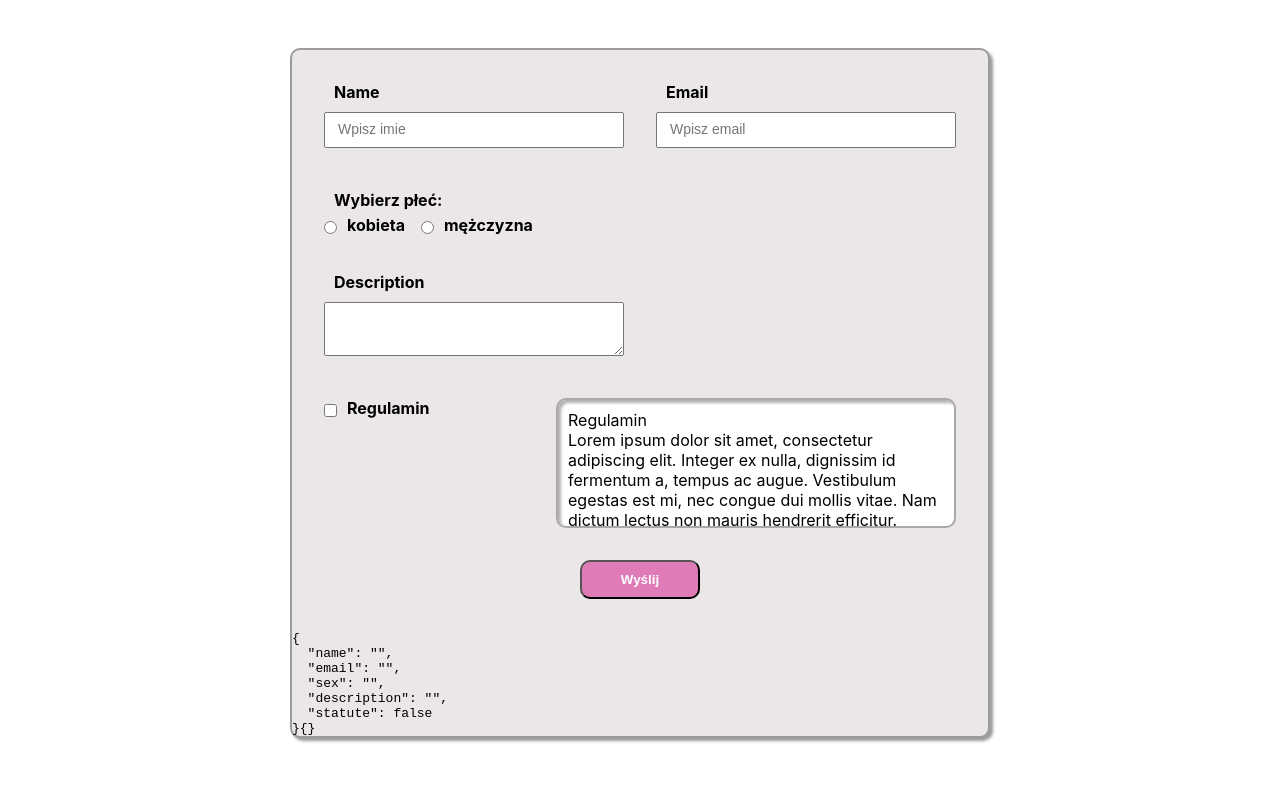
Repository: KrzysKolo/sr_tydzien4_zad3
Page: /
An editor plug-in stored every save of this project. The page is shown before and after the next save, followed by the edit.
The browser window is 1280 px wide. The pictures show the whole page.
The project was rebuilt for these pictures with package versions that can differ from the ones it lists, and the page was loaded fresh each time. Also part of the build but not shown: src/components/FormComponents/TextError.js.

Above is the page before, as saved 2020-11-19 14:10:45.

### src/App.js
import React from 'react';
import './App.css';
import FormikContainer from './components/Formik/FormikContainer';
const App = () => {
  return (
    <main className="App">
      <FormikContainer />
    </main>
   );
}

export default App;

### src/App.css
* {
  margin: 0;
  padding: 0;
  box-sizing: border-box;
}
.form-wrapper {
  margin: 3rem auto;
  width: 700px;
  background-color: rgb(235, 231, 232);
  border: 2px solid rgb(155, 155, 155);
  border-radius: 10px;
  box-shadow: 3px 3px 3px rgb(155, 155, 155);
}
.section {
  display: flex;
  flex-direction: row;
  margin: 2rem 2rem;
  justify-content: space-between;
}
label {
  font-weight: bold;
  display: flex;
  margin-bottom: 5px;
  margin-left: 10px;
}
input[type="text"],
input[type="email"],
textarea {
  display: block;
  width: 300px;
  padding: 6px 12px;
  font-size: 14px;
  line-height: 1.4285;
  color: #555;
  margin: 10px 0;
}

.error {
  color: red;
}
.row {
  display: flex;
  flex-direction: row;
  align-items: center;
  margin-right: 1rem;
}
.statute {
  border: 2px solid rgb(170, 169, 169);
  border-radius: 10px;
  box-shadow: inset 3px 3px 3px rgb(181, 177, 178);
  background: #ffffff;
  height: 130px;
  width: 400px;
  padding: 10px;
  overflow: auto;
}
.btn-send {
  background-color: rgba(211, 19, 137, 0.5);
  border-radius: 10px;
  color: white;
  cursor: pointer;
  font-weight: bold;
  margin: 0 auto;
  padding: 10px;
  width: 120px;
  transition: all 0.5s ease-in-out;
}
.btn-send:hover {
  background-color: rgba(211, 19, 137, 1);
}

### src/components/Formik/FormikContainer.js
import React from 'react';
import { Formik, Form } from 'formik';
import * as yup from 'yup';
import FormikControl from './FormikControl';
import RadioOptions from './../../data/RadioOptions';

const FormikContainer = () => {
    const initialValues = {
        name: '',
        email: '',
        sex: '',
        description: '',
        statute: false,
    }

    const validationSchema = yup.object({
        name: yup.string().required("Imię jest obowiązkowe!").min(2,"Twóje imię musi mieć więcej niż 2 znaki!").max(30,'Twoje imię może mieć maxymalnie 30 znaków!'),
        email: yup.string().required("Email jest wymagany").email("Adres zawiera błędy"),
        sex: yup.string().required('Zaznacz jedną wartość'),
        description: yup.string().required('Wpisz kilka słów').min(2, "Wpisz co najmniej 2 znaki").max(250, "Możesz wpisać max. 250 znaków"),
        statute: yup.boolean().required().oneOf([true], 'Musisz zaznaczyć regulamin!'),
    });

    const onSubmit = values => {console.log('Form data: ', values)};
    return (
        <Formik
            initialValues={initialValues}
            validationSchema={validationSchema}
            onSubmit={onSubmit}
        >
            { ({formik, values, errors}) => (
                <Form className="form-wrapper">
                    <section className="section">
                        <FormikControl control='input' type='text' label='Name' name='name' placeholder="Wpisz imie"/>
                        <FormikControl control='input' type='email' label='Email' name='email' placeholder="Wpisz email"/>
                    </section>
                    <section className="section">
                        <FormikControl control='radio' label='Wybierz płeć: ' name='sex' options={RadioOptions}/>
                    </section>
                    <section className="section">
                        <FormikControl control='textarea' label='Description' name='description'/>
                    </section>
                    <section className="section">
                        <FormikControl control='checkbox' label='Regulamin' name='statute'/>
                        <div className="statute">
                            Regulamin<br/>
                            <p>Lorem ipsum dolor sit amet, consectetur adipiscing elit. Integer ex nulla, dignissim id fermentum a, tempus ac augue. Vestibulum egestas est mi, nec congue dui mollis vitae. Nam dictum lectus non mauris hendrerit efficitur. Donec imperdiet nec nibh et interdum. Fusce ornare consequat sapien. Pellentesque rhoncus tempor vulputate. Aliquam eu diam laoreet, tincidunt nulla ut, dignissim turpis. Aliquam est ante, luctus sed felis et, iaculis sollicitudin tellus. Cras congue tincidunt viverra. Sed vestibulum faucibus lacus, eu dictum lorem porta id. Praesent a placerat ligula. Vestibulum faucibus ornare erat, id elementum est vehicula eu. Nunc pulvinar dolor lacus. Vestibulum dapibus efficitur orci, ac rhoncus augue auctor ut.</p>
                        </div>
                    </section>
                    <section className="section">
                         <button className="btn-send" type="submit">Wyślij</button>
                    </section>
                    <pre>
                        {JSON.stringify(values, null, 2)}
                        {JSON.stringify(errors, null, 2)}

                    </pre>

                </Form>
            )

            }

        </Formik>
    )
}
export default FormikContainer;

### src/components/Formik/FormikControl.js
import Input from './../FormComponents/Input';
import Radio from './../FormComponents/Radio';
import TextArea from './../FormComponents/TextArea';
import Checkbox from './../FormComponents/Checkbox';

const FormikControl = (props) => {
    const { control, ...rest } = props;
    switch(control) {
        case 'input': return <Input {...rest} />
        case 'radio': return <Radio {...rest} />
        case 'textarea': return <TextArea {...rest} />
        case 'checkbox': return <Checkbox {...rest} />
        default: return null
    }
}

export default FormikControl;

### src/data/RadioOptions.js
const RadioOptions=[
    { id: 0, value: "kobieta", label: 'kobieta' },
    { id: 1, value: "mężczyzna", label: 'mężczyzna' },
   ];
export default RadioOptions;

### src/components/FormComponents/Input.js
import React from 'react';
import{ Field, ErrorMessage } from 'formik';
import TextError from './TextError';

const Input = (props) => {
    const { label, name, ...rest } = props;
    return (
        <div className="form-control">
             <label htmlFor={name}>{label}</label>
            <Field id={name} name={name} {...rest} />
            <ErrorMessage name={name} component={TextError} />
        </div>
     );
}

export default Input;

### src/components/FormComponents/Radio.js
import React from 'react';
import{ Field, ErrorMessage } from 'formik';
import TextError from './TextError';

const Radio = (props) => {
    const { label, name, options, ...rest } = props;
    return (
        <div className="form-control">
            <label htmlFor={name}>{label}</label>
            <div className="row">
                <Field name={name} {...rest}>
                    {
                    ({ field }) => {
                        return options.map(option => {
                            return (
                                <div className="row" key={option.id} >
                                    <input type='radio' id={option.id} {...field} value={option.value} checked={field.value === option.value}/>
                                    <label htmlFor={option.id}>{option.label}</label>
                                </div>
                            )
                        })
                    }
                    }
                </Field>
            </div>
            <ErrorMessage name={name} component={TextError} />
        </div>
     );
}

export default Radio;

### src/components/FormComponents/TextArea.js
import React from 'react';
import{ Field, ErrorMessage } from 'formik';
import TextError from './TextError';

const TextArea = (props) => {
    const { label, name, ...rest } = props;
    return (
        <div className="form-control">
            <label htmlFor={name}>{label}</label>
            <Field as ='textarea' id={name} name={name} {...rest} />
            <ErrorMessage name={name} component={TextError} />
        </div>
     );
}

export default TextArea;

### src/components/FormComponents/Checkbox.js
import React from 'react';
import{ Field, ErrorMessage } from 'formik';
import TextError from './TextError';

const Checkbox = (props) => {
    const { label, name, ...rest } = props;
    return (
        <div className="form-control">
            <div className="row">
                <Field type='checkbox' id={name} name="statute" {...rest}/>
                <label htmlFor={name}>{label}</label>
            </div>
            <ErrorMessage name={name} component={TextError} />
        </div>
     );
}

export default Checkbox;

Loaded but not shown: public/index.html (common file); src/index.js (common file); src/index.css (common file)

After the next save:
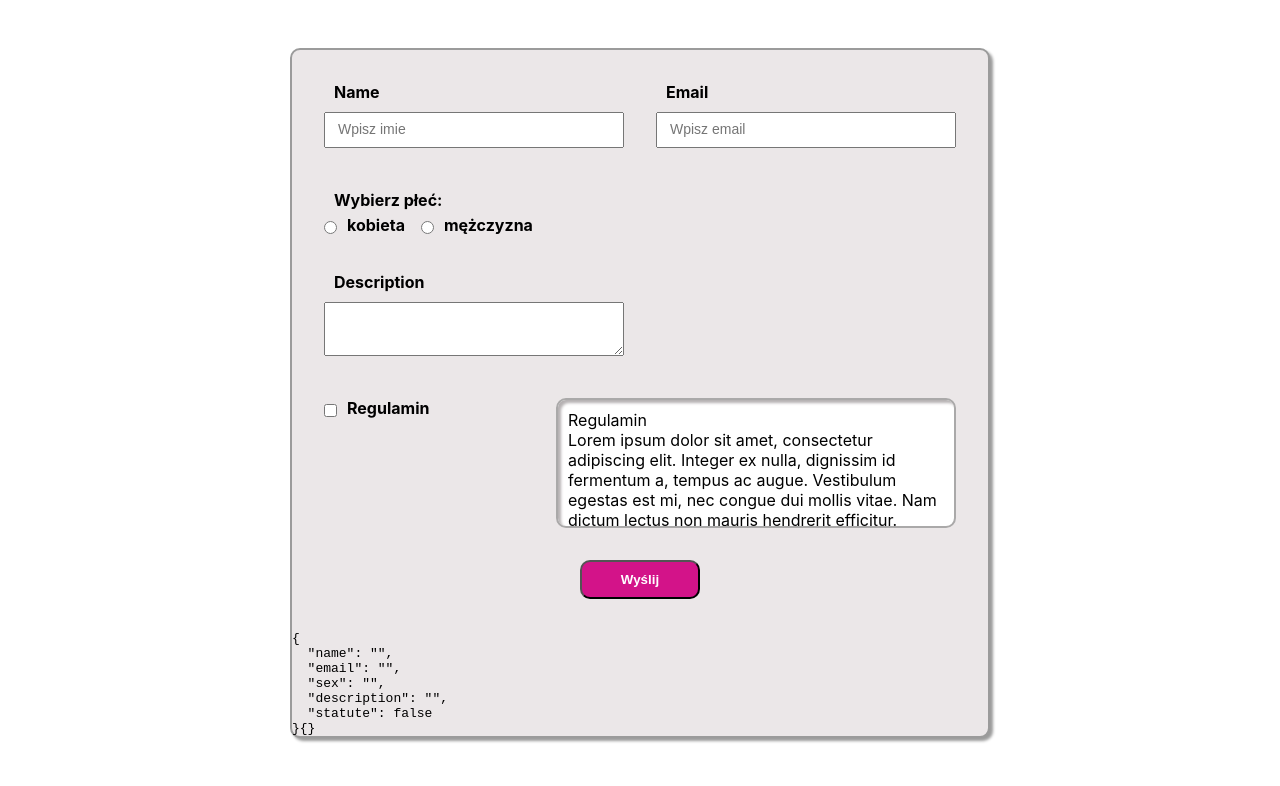
Saved 37 s later.
--- a/src/App.css
+++ b/src/App.css
@@ -55,7 +55,7 @@ textarea {
   overflow: auto;
 }
 .btn-send {
-  background-color: rgba(211, 19, 137, 0.5);
+  background-color: rgba(211, 19, 137, 1);
   border-radius: 10px;
   color: white;
   cursor: pointer;
@@ -66,5 +66,5 @@ textarea {
   transition: all 0.5s ease-in-out;
 }
 .btn-send:hover {
-  background-color: rgba(211, 19, 137, 1);
+  background-color: rgba(211, 19, 137, 0.5);
 }
